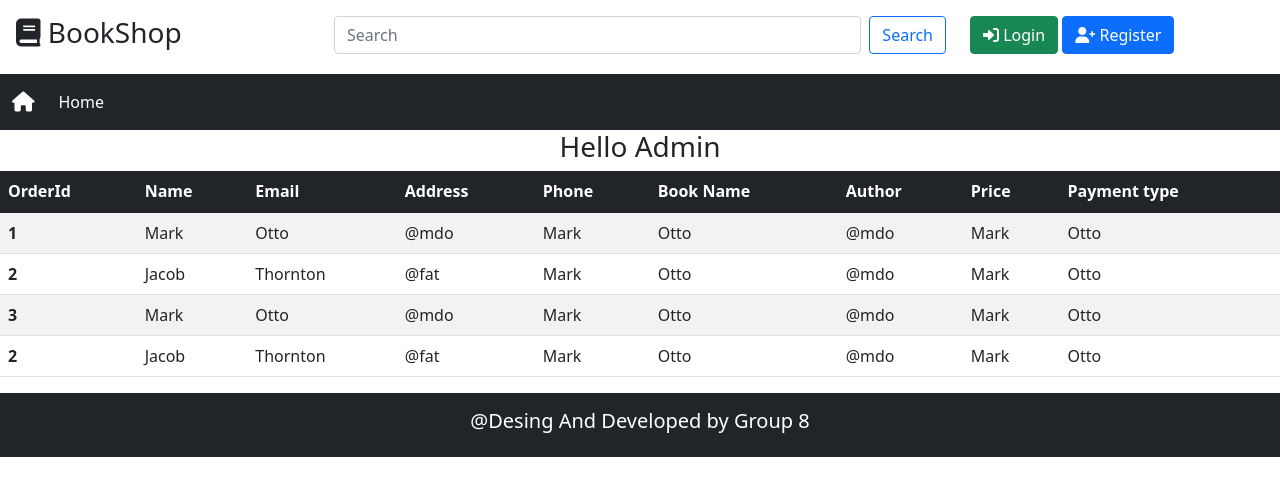
Repository: Abhishekverma23797/BookShopApp
Page: http://localhost/Ebook-App/Admin/orders.jsp
These files come from the project's save history. The page is drawn as it stood at one moment and after the next save; the edit follows.
The browser window is 1280 px wide. The pictures show the whole page.
The page is served by Tomcat 9.

Above is the page before, as saved 2021-12-09 10:40:28.

After the next save:
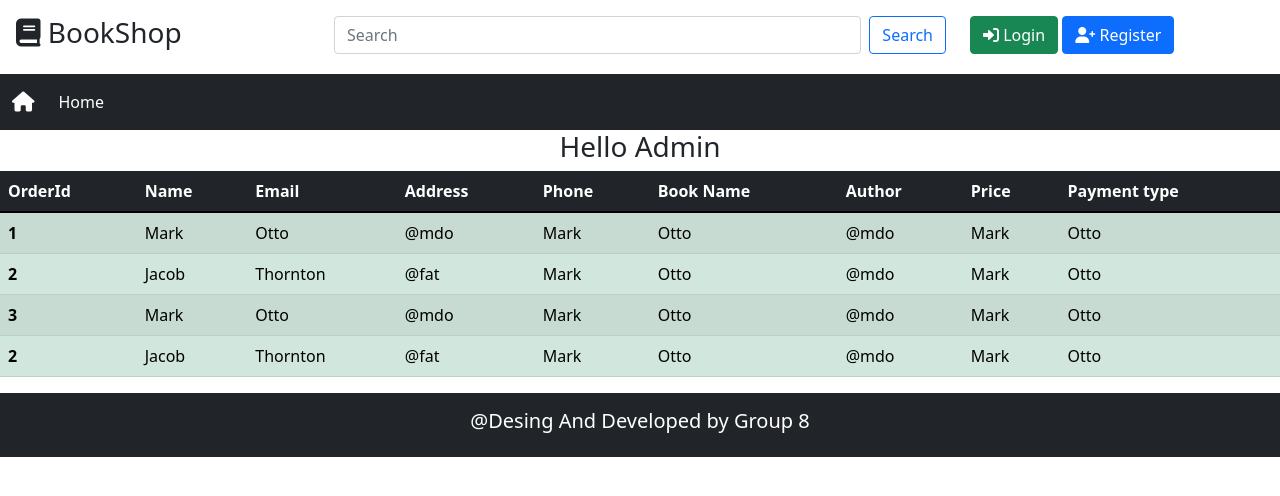
Saved 114 s later.
--- a/Ebook-App/src/main/webapp/Admin/orders.jsp
+++ b/Ebook-App/src/main/webapp/Admin/orders.jsp
@@ -11,7 +11,7 @@
 <%@include file="navbar.jsp"%>
 <h3 class="text-center">Hello Admin</h3>
 
-<table class="table table-striped table-hover">
+<table class="table table-striped table-hover table-success"">
 	<thead class="table-dark">
 		<tr>
 			<th scope="col">OrderId</th>

After the save that followed:
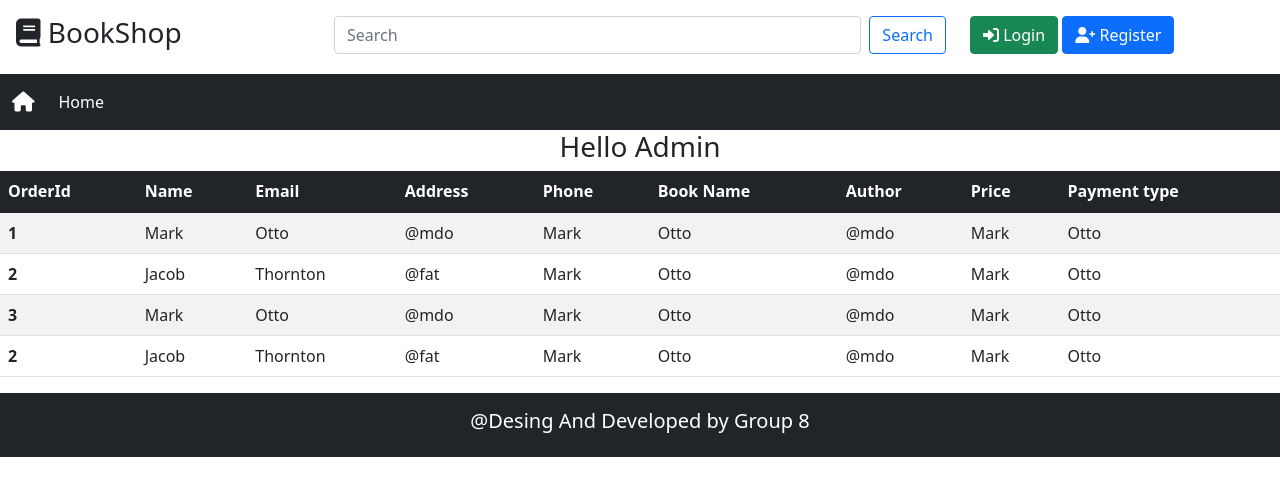
Saved 36 s later.
--- a/Ebook-App/src/main/webapp/Admin/orders.jsp
+++ b/Ebook-App/src/main/webapp/Admin/orders.jsp
@@ -11,7 +11,7 @@
 <%@include file="navbar.jsp"%>
 <h3 class="text-center">Hello Admin</h3>
 
-<table class="table table-striped table-hover table-success"">
+<table class="table table-striped table-hover ">
 	<thead class="table-dark">
 		<tr>
 			<th scope="col">OrderId</th>
